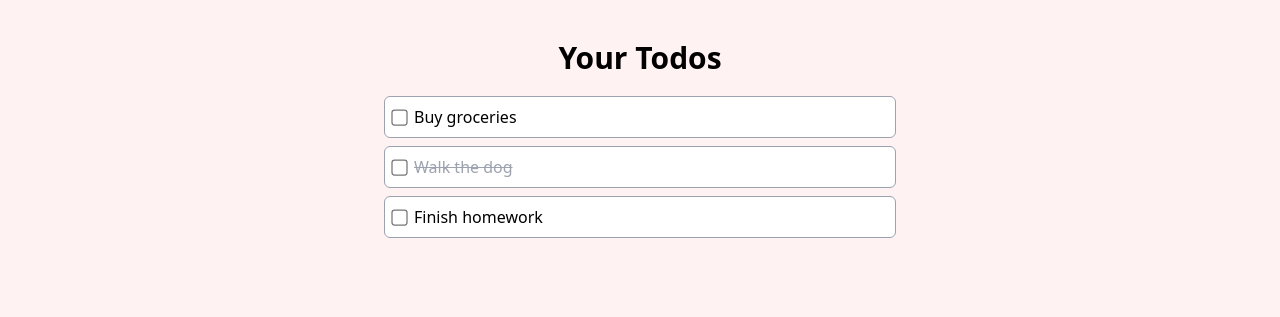
Repository: kocokoy/lodo-list-react-ts-tailwind
Page: /
The author's editor kept a copy of each file at every save. The page is drawn from the files as they stood at one save, then again after the next save.
The browser window is 1280 px wide. The pictures show the whole page.
The project was rebuilt for these pictures with package versions that can differ from the ones it lists, and the page was loaded fresh each time. Also part of the build but not shown: vite.config.ts.

Above is the page before, as saved 2025-07-29 15:18:18.

### src/App.tsx
import  TodoItem  from "./components/TodoItem";
import { dummyData } from "./data/todos";

function App() {
  return (
   <main className="py-10 bg-red-50 h-screen space-y-5">
     <h1 className="font-bold text-3xl text-center">
      Your Todos
     </h1>
       <div className="max-w-lg mx-auto">
        <div className="space-y-2">
          {dummyData.map(todo => (
            <TodoItem todo={todo}/>
          ))}
        </div>
       </div>
    </main>
  )
}

export default App

### src/components/TodoItem.tsx
import type { Todo } from "../types/todo";

interface TodoItemProps {
  todo: Todo;
}

export default function TodoItem({todo}: TodoItemProps){
  return(
    <div>
      <label className="flex items-center gap-2 border rounded-md p-2 border-gray-400 bg-white hover:bg-slate-50">
        <input
        type="checkbox"
        className="scale-125"
        />
        <span className={todo.completed ? "line-through text-gray-400" : ""}>
          {todo.title}
        </span>
      </label>
    </div>
  )
}

### src/data/todos.ts
import type { Todo } from '../types/todo'

export const dummyData: Todo[] = [
  {
    id: 1,
    title: "Buy groceries",
    completed: false
  },
  {
    id: 2,
    title: "Walk the dog",
    completed: true
  },
  {
    id: 3,
    title: "Finish homework",
    completed: false
  }
]

Loaded but not shown: index.html (common file); src/main.tsx (common file); src/index.css (common file); tailwind.config.js (common file)

After the next save:
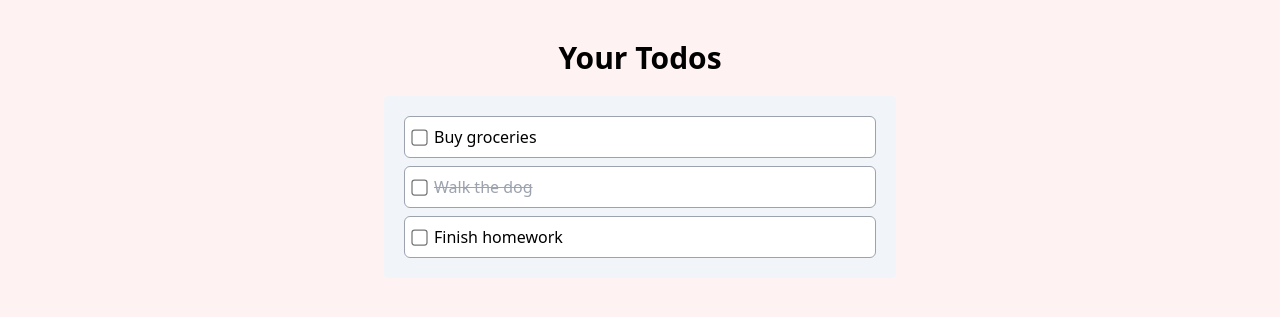
Saved 24 s later.
--- a/src/App.tsx
+++ b/src/App.tsx
@@ -7,7 +7,7 @@ function App() {
      <h1 className="font-bold text-3xl text-center">
       Your Todos
      </h1>
-       <div className="max-w-lg mx-auto">
+       <div className="max-w-lg mx-auto bg-slate-100 rounded p-5">
         <div className="space-y-2">
           {dummyData.map(todo => (
             <TodoItem todo={todo}/>
